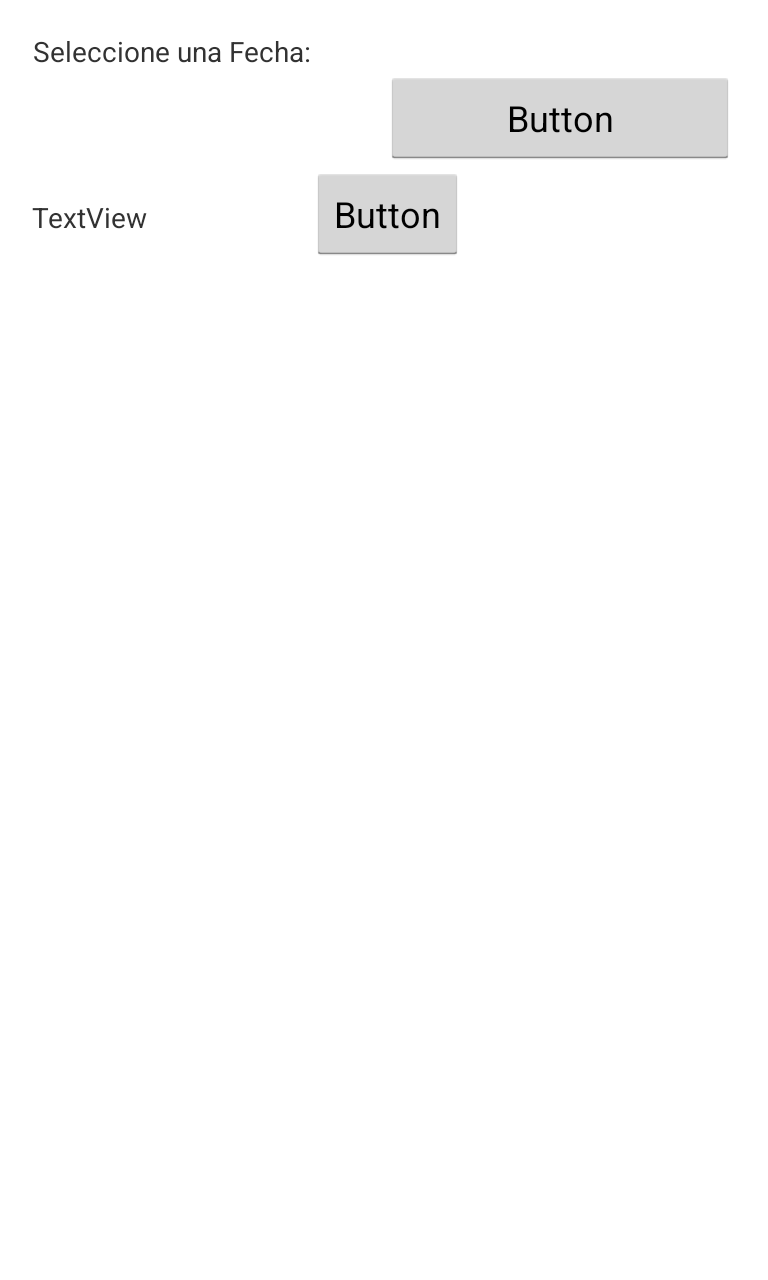
Repository: G3rcar/Android-I
Layout: Clase09DatePicker/res/layout/activity_main.xml
These files come from the project's save history. The layout is drawn as it stood at one moment and after the next save; the edit follows.
It is drawn on a 768 x 1280 px phone screen (xhdpi) without system bars, with theme AppTheme; the app's code is not run.

Above is the layout before, as saved 2013-11-06 13:47:32.

### Clase09DatePicker/res/layout/activity_main.xml
<TableLayout xmlns:android="http://schemas.android.com/apk/res/android"
    xmlns:tools="http://schemas.android.com/tools"
    android:id="@+id/TableLayout1"
    android:layout_width="match_parent"
    android:layout_height="match_parent"
    android:paddingBottom="@dimen/activity_vertical_margin"
    android:paddingLeft="@dimen/activity_horizontal_margin"
    android:paddingRight="@dimen/activity_horizontal_margin"
    android:paddingTop="@dimen/activity_vertical_margin"
    tools:context=".MainActivity" >

    <TableRow
        android:id="@+id/tableRow1"
        android:layout_width="match_parent"
        android:layout_height="wrap_content" >

        <TextView
            android:id="@+id/textView1"
            android:layout_width="match_parent"
            android:layout_height="wrap_content"
            android:gravity="center"
            android:text="@string/lblselecdate" />

    </TableRow>

    <TableRow
        android:id="@+id/tableRow2"
        android:layout_width="wrap_content"
        android:layout_height="wrap_content" >

        <TextView
            android:id="@+id/txtDate"
            android:layout_width="0dp"
            android:layout_weight="1"
            android:layout_height="wrap_content" />

        <Button
            android:id="@+id/button1"
            android:layout_width="0dp"
            android:layout_weight="1"
            android:layout_height="wrap_content"
            android:text="Button" />

    </TableRow>

    <TableRow
        android:id="@+id/tableRow3"
        android:layout_width="wrap_content"
        android:layout_height="wrap_content" >

        <TextView
            android:id="@+id/txtTime"
            android:layout_width="wrap_content"
            android:layout_height="wrap_content"
            android:text="TextView" />

        <Button
            android:id="@+id/button2"
            android:layout_width="wrap_content"
            android:layout_height="wrap_content"
            android:text="Button" />

    </TableRow>

</TableLayout>

### Clase09DatePicker/res/values/strings.xml
<?xml version="1.0" encoding="utf-8"?>
<resources>

    <string name="app_name">Clase09</string>
    <string name="action_settings">Settings</string>
    <string name="hello_world">Hello world!</string>
    <string name="btnDate">Fecha</string>
    <string name="btnTime">Tiempo</string>
    <string name="lblselecdate">Seleccione una Fecha:</string>

</resources>

Loaded but not shown: Clase09DatePicker/res/values/styles.xml (common file); Clase09DatePicker/res/values-v11/styles.xml (common file); Clase09DatePicker/res/values-v14/styles.xml (common file); Clase09DatePicker/res/values/dimens.xml (common file)

After the next save:
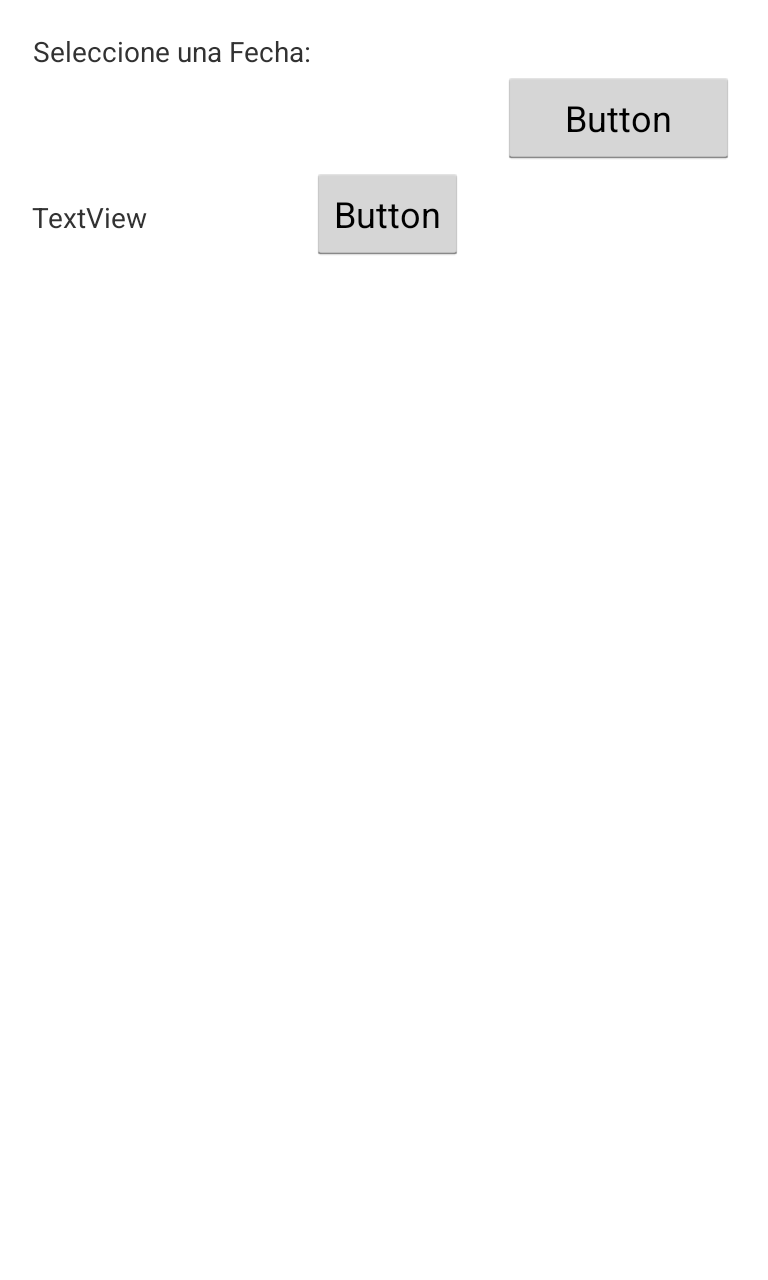
Saved 9 s later.
--- a/Clase09DatePicker/res/layout/activity_main.xml
+++ b/Clase09DatePicker/res/layout/activity_main.xml
@@ -31,7 +31,7 @@
         <TextView
             android:id="@+id/txtDate"
             android:layout_width="0dp"
-            android:layout_weight="1"
+            android:layout_weight="2"
             android:layout_height="wrap_content" />
 
         <Button
